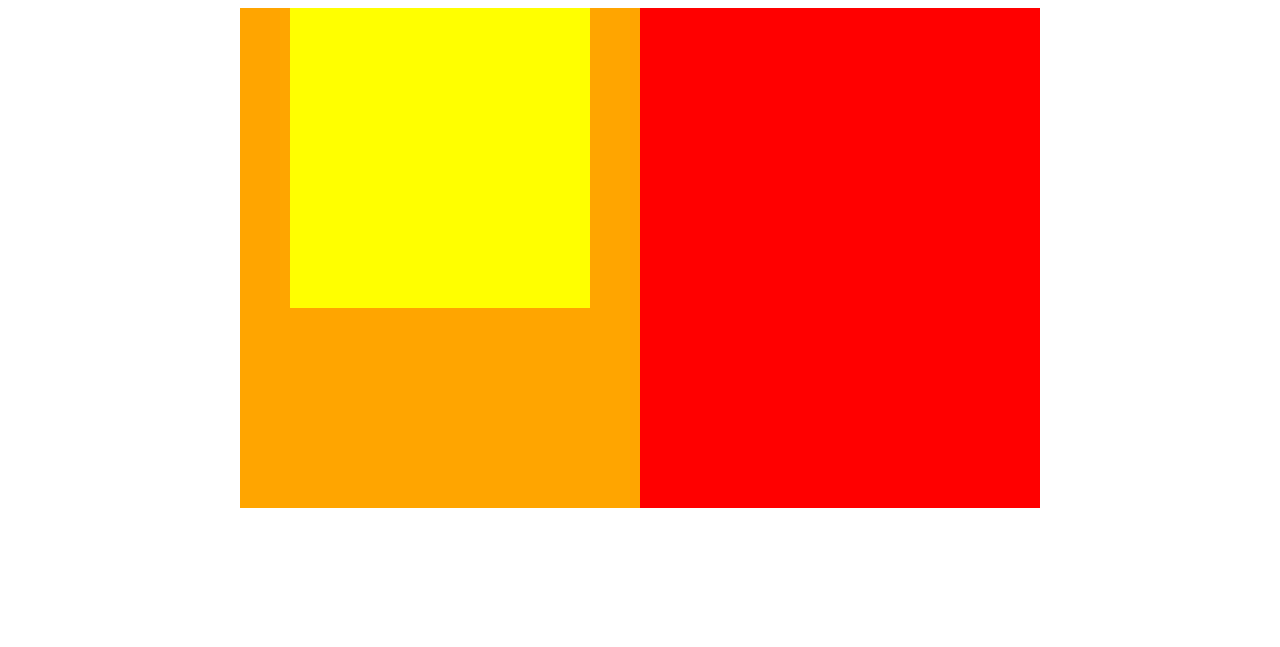
Repository: suhong99/htmlLecture
Page: cssSample3/src/main/webapp/index1.html
The author's editor kept a copy of each file at every save. The page is drawn from the files as they stood at one save, then again after the next save.
The browser window is 1280 px wide. The pictures show the whole page.

Above is the page before, as saved 2023-06-22 04:28:18.

After the next save:
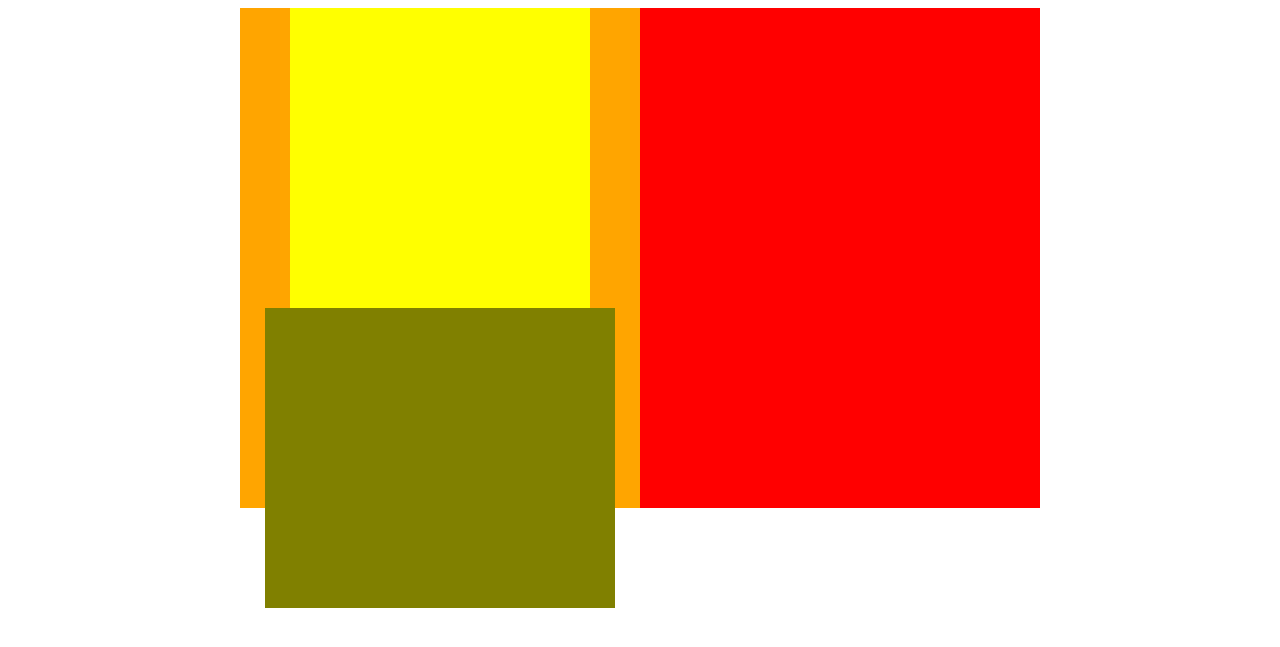
Saved 17 s later.
--- a/cssSample3/src/main/webapp/index1.html
+++ b/cssSample3/src/main/webapp/index1.html
@@ -24,8 +24,8 @@
 }
 #leftdown{
 	width:350px;
-	heght:300px;
-	background-color:green;
+	height:300px;
+	background-color:olive;
 }
 .right{
 	width:400px;
